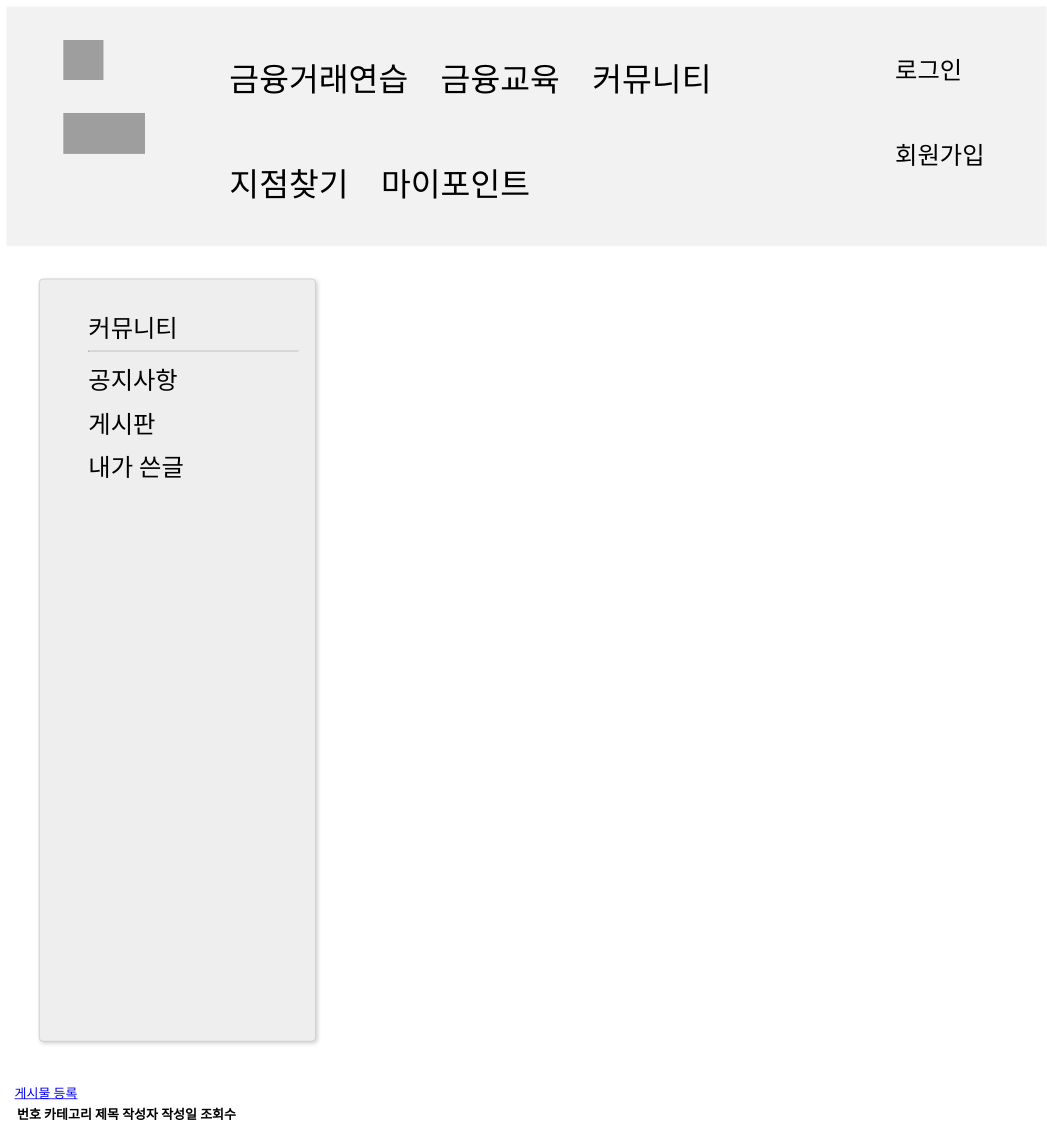
Repository: syc98syc/KB04_TeamProject
Page: http://localhost/jgig/WEB-INF/jsp/board/list.jsp
The author's editor kept a copy of each file at every save. The page is drawn from the files as they stood at one save, then again after the next save.
The browser window is 1280 px wide. The page is 1292 px wide, so the pictures cover 1292 px, including what lies to the right of the window. The pictures show the whole page, at 81% of full size.
Pictures or frames that could not be fetched are drawn as grey boxes. Some web fonts or font styles are not loaded; a fallback is used. The page is served by Tomcat 9. Nobody is signed in. Other server files are loaded and not shown. The template is opened directly, without the code that normally fills it, so the values that code supplies are empty.

Above is the page before, as saved 2023-09-06 04:39:27.

### jgig/src/main/webapp/WEB-INF/jsp/board/list.jsp
<%@ page language="java" contentType="text/html; charset=UTF-8"
    pageEncoding="UTF-8"%>
<%@ taglib uri="http://java.sun.com/jsp/jstl/core" prefix="c" %>
<!DOCTYPE html>
<html>
<head>
<meta charset="UTF-8">
<title>웹게시물 목록</title>
<style>
#content {
    padding: 10px;
    clear: both; /* 상단 바 아래로 내려가도록 지시 */
}
</style>
</head>
<body>
<%@ include file="../include/top_navbar.jsp" %>
<%@ include file="../include/left_navbar.jsp" %>
<div id="content">
	<a href="/board_insert_form">게시물 등록</a> <br>
	<table>
		<tr>
		<th>번호</th>
		<th>카테고리</th>
		<th>제목</th>
		<th>작성자</th>
		<th>작성일</th>
		<th>조회수</th>
		<c:forEach items="${board_list}" var="brd">
		<tr>
			<td>${brd.brd_id }</td>
			<td>${brd.brd_category }</td>
			<td><a href="board_detail?no=${brd.brd_id}">${brd.title}</a></td>
			<td>${brd.mem_id }</td>
			<td>${brd.brd_date_created }</td>
			<td>${brd.brd_view }</td>
		</tr>
		</c:forEach>
	</table>
</div>
</body>
</html>

### jgig/src/main/webapp/WEB-INF/jsp/include/top_navbar.jsp
<%@ page language="java" contentType="text/html; charset=UTF-8"
    pageEncoding="UTF-8"%>
<!DOCTYPE html>
<html>
<head>
<meta charset="UTF-8">
<title>Insert title here</title>
<style>
@import url('https://fonts.googleapis.com/css2?family=Nanum+Gothic+Coding:wght@700&display=swap');  /* 글꼴 */

/* 상단 메뉴 스타일 */
        #top-menu {
            background-color: #F2F2F2;
            color: #fff;
            padding: 10px;
            width: 100%;
             display: flex;
  justify-content: center;
        }


    #img1 {
		width: 7vmin;
		height: 7vmin;
	}


	#img2 {
		width: 14vmin;
		height: 7vmin;
	}

	#top-menu a {
    color: #000; /* 링크 글꼴 색상 설정 */
    text-decoration: none; /* 링크 밑줄 제거 */
}

	#top-menu ul{
		list-style: none;
	}
	#top-menu li{
		font-family: 'Nanum Gothic Coding', cursive;
		float: left;
		background: #F2F2F2;
		padding:5px 10px;
		font-size: 40px;
		margin: 10px;
	}

	#top-menu ul li a{
		line-height: 2.5;
	}

	#nav3 ul li{
		font-size:30px;
	}
</style>
</head>
<body>
	<div id = "top-menu">
		<nav id = "nav1">
				<ul>
					<li><img id="img1" src="../resources/img/KB.png"></li>
					<li><img id="img2" src="../resources/img/지금입금.png"></li>
				</ul>
		</nav id = "nav2">
		<nav>
				<ul>
					<li class="menu1"><a href="#">금융거래연습</a></li>
					<li class="menu2"><a href="#">금융교육</a></li>
					<li class="menu3"><a href="#">커뮤니티</a></li>
					<li class="menu4"><a href="#">지점찾기</a></li>
					<li class="menu5"><a href="#">마이포인트</a></li>
				</ul>
		</nav>
		<nav id = "nav3">
				<ul>
					<li class="menu6"><a href="#">로그인</a></li>
					<li class="menu7"><a href="#">회원가입</a></li>
				</ul>
		</nav>
	</div>

</body>
</html>

### jgig/src/main/webapp/WEB-INF/jsp/include/left_navbar.jsp
<%@ page language="java" contentType="text/html; charset=UTF-8"
    pageEncoding="UTF-8"%>
<!DOCTYPE html>
<html>
<head>
<meta charset="UTF-8">
<title>Insert title here</title>
<style>

@import url('https://fonts.googleapis.com/css2?family=Nanum+Gothic+Coding:wght@700&display=swap');  /* 글꼴 */
/* 좌측 사이드바 스타일 */
#sidebar {
    width: 300px; /* 박스 컨테이너의 너비 설정 */
    height: 900px; /* 박스 컨테이너의 높이 설정 */
    background-color: #eee; /* 배경색 설정 */
    color: #000; /* 글꼴 색상 설정 */
    padding: 20px; /* 내부 여백 설정 */
    border: 1px solid #ccc; /* 박스 컨테이너의 테두리 설정 */
    border-radius: 5px; /* 박스 컨테이너의 모서리를 둥글게 설정 */
    box-shadow: 2px 2px 5px rgba(0, 0, 0, 0.2); /* 그림자 효과 추가 */
    line-height: normal;
    display: inline-block;
    vertical-align: middle;
    margin: 40px;
    float: left; /*왼쪽에 떠있게*/
}

/* 좌측 사이드바 링크 스타일 */
#sidebar a {
    color: #000; /* 링크 글꼴 색상 설정 */
    text-decoration: none; /* 링크 밑줄 제거 */
}

/* 좌측 사이드바 링크 호버 스타일 */
#sidebar a:hover {
    text-decoration: underline; /* 호버 상태에서 밑줄 추가 */
}

/* 좌측 사이드바 제목 스타일 */
#sidebar
	ul{
		list-style: none;
	}
	li{
		font-family: 'Nanum Gothic Coding', cursive;
		display: block; /* 각 <li> 요소를 한 줄에 하나씩 표시 */
		background: #eee;
		font-size: 30px;
	}

	#sidebar ul li a{
		line-height: 1.8;
	}

</style>
</head>
<body>
	<div id = "sidebar">
		<nav>
				<ul>
					<li>커뮤니티</li> <hr>
					<li class="menu1"><a href="#">공지사항</a></li>
					<li class="menu2"><a href="#">게시판</a></li>
					<li class="menu3"><a href="#">내가 쓴글</a></li>
				</ul>
		</nav>
	</div>

</body>
</html>

After the next save:
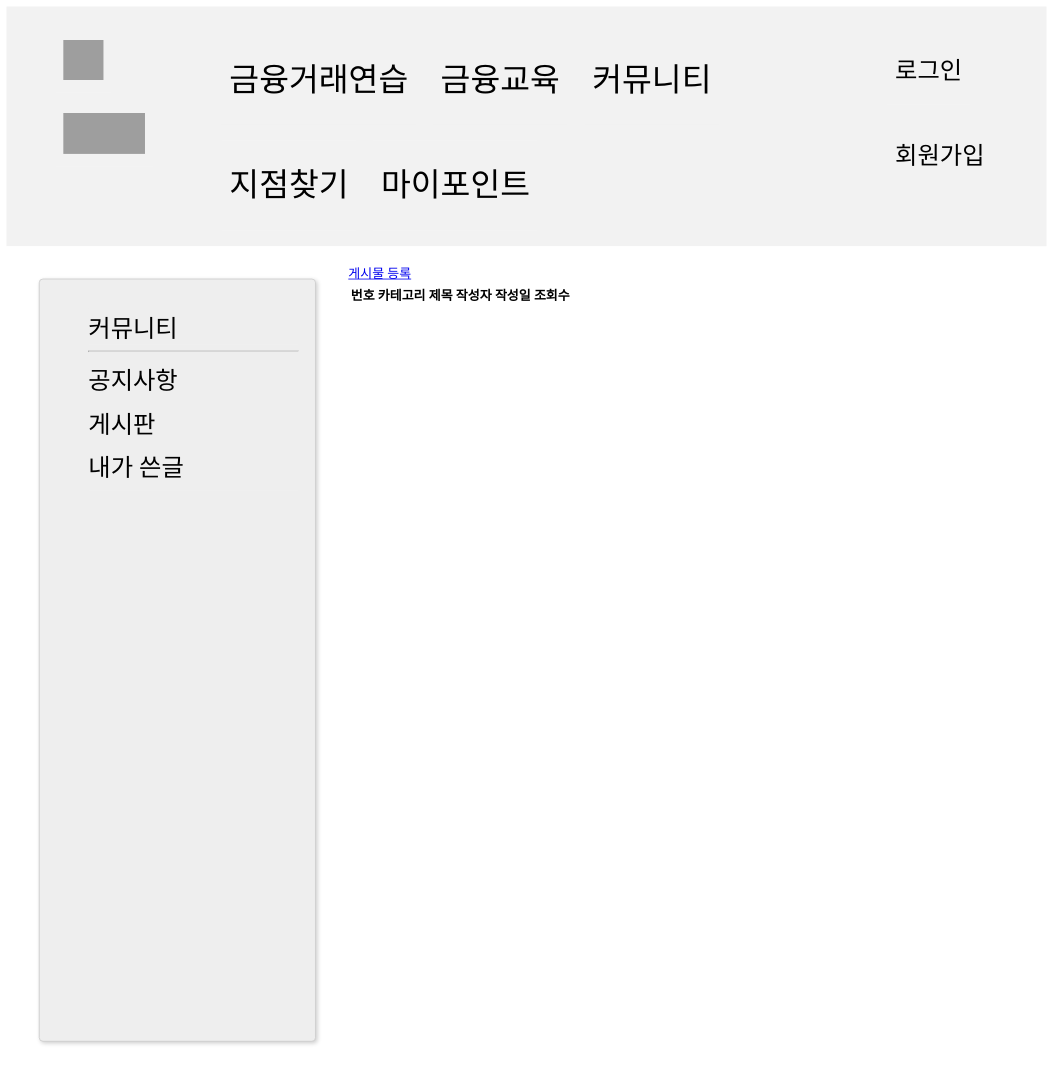
Saved 2 min 44 s later.
--- a/jgig/src/main/webapp/WEB-INF/jsp/board/list.jsp
+++ b/jgig/src/main/webapp/WEB-INF/jsp/board/list.jsp
@@ -8,8 +8,9 @@
 <title>웹게시물 목록</title>
 <style>
 #content {
-    padding: 10px;
-    clear: both; /* 상단 바 아래로 내려가도록 지시 */
+    flex-grow: 1; /* 남은 공간을 모두 차지하도록 설정 */
+    background-color: #fff; /* 배경색 설정 */
+    padding: 20px; /* 내부 여백 설정 */
 }
 </style>
 </head>
